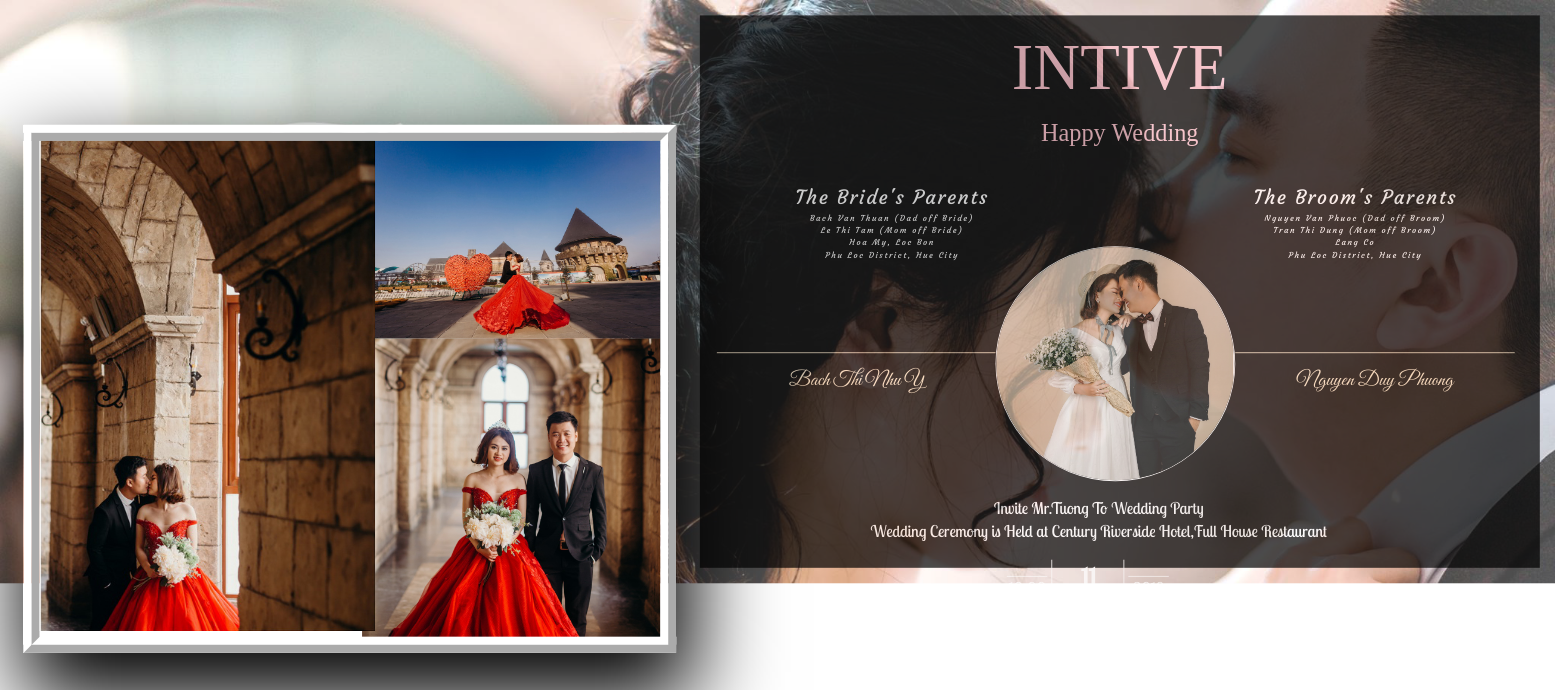
Repository: nguyenhuutuong999/WeddingOfSister
Page: index.html
These files come from the project's save history. The page is drawn as it stood at one moment and after a run of saves; the edit follows.
The browser window is 1920 px wide. The pictures show the whole page, at 81% of full size.
Some web fonts or font styles are not loaded; a fallback is used.

Above is the page before, as saved 2019-09-17 17:11:47.

After the next 2 saves:
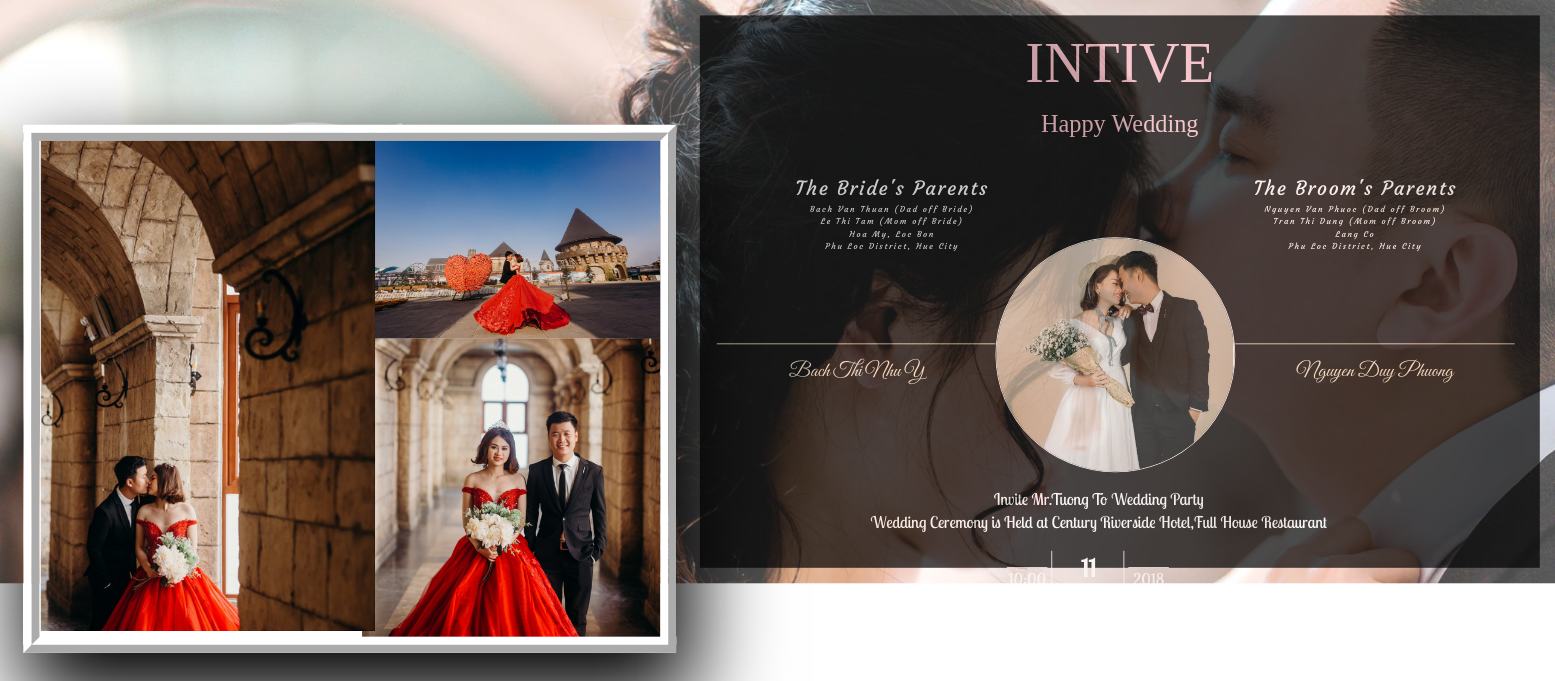
The 2 saves are shown as one change because they came seconds apart.
The last was saved 5 s later.
--- a/style.css
+++ b/style.css
@@ -395,7 +395,7 @@ body,html{
         font-family: 'Berkshire Swash', cursive;
         color: pink;
         text-align: center;
-        font-size: 80px;
+        font-size: 70px;
     }
     #happy{
         font-family: 'Berkshire Swash', cursive;
